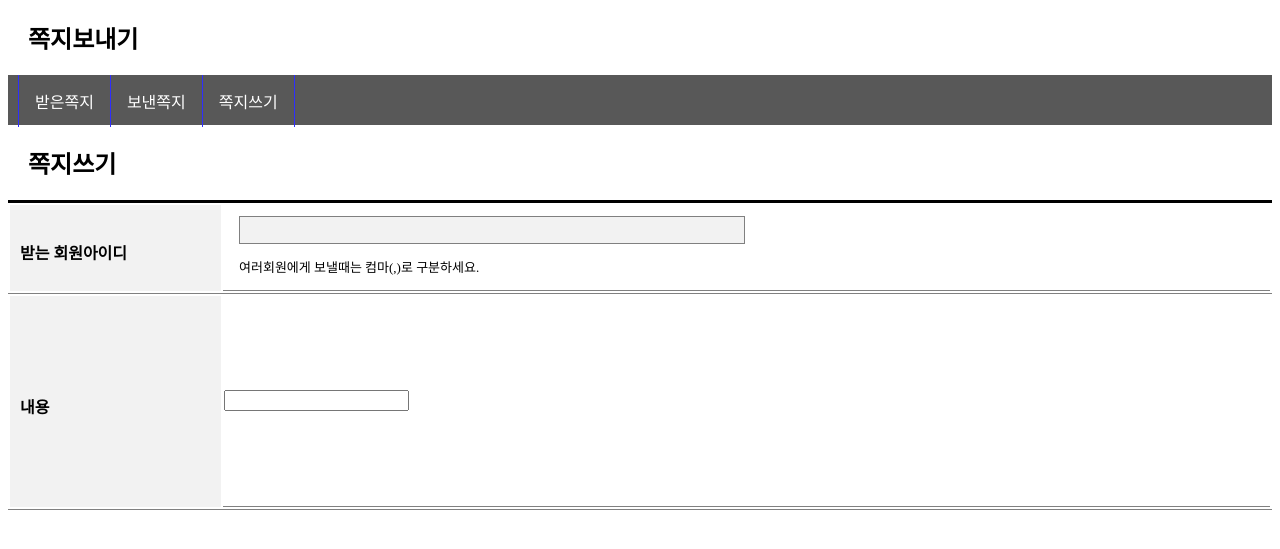
Repository: ks12b0000/JSP-School-Class
Page: chap10_JSP/src/main/webapp/Test/sendMessage.html
An editor plug-in stored every save of this project. The page is shown before and after the next save, followed by the edit.
The browser window is 1280 px wide. The pictures show the whole page.

Above is the page before, as saved 2022-06-04 11:33:23.

### chap10_JSP/src/main/webapp/Test/sendMessage.html
<!DOCTYPE html>
<html>
<head>
	<meta charset="UTF-8">
	<meta name="viewport" content="width=device-width, initial-scale=1.0">
	<title>쪽지쓰기</title>
	<link rel="stylesheet" href="loginWrite.css" />
</head>
<body>
	<h2>쪽지보내기</h2>
	<div class="menu1">
		<ul>
			<li><a href="#" id="a1">받은쪽지</a></li>
			<li><a href="#">보낸쪽지</a></li>
			<li><a href="#">쪽지쓰기</a></li>
		</ul>
	</div>
	<h2>쪽지쓰기</h2>
	<table class="Profile3">
		<tr>
			<th id="id12"><strong>받는 회원아이디</strong></th>
			<td><input type="text" /><br/><p>여러회원에게 보낼때는 컴마(,)로 구분하세요.</p></td>
		</tr>
	</table>
	<table class="Profile4">
		<tr>
			<th id="id13"><strong>내용</strong></th>
			<td><input type="text" /></td>
		</tr>
	</table>
</body>
</html>

### chap10_JSP/src/main/webapp/Test/loginWrite.css
@charset "UTF-8";
	body h2 {
		margin-left: 20px;
	}
	.login1 {
		width: 500px;
		border: 1px solid gray;
		margin: 40px;
		padding: 40px;

	}
	.login1 #id {
		width: 400px;

		padding: 4px;
	}
	.login1 #id input {

		margin-left: 30px;
	}
	.login1 #pw {

		padding: 4px;
	}
	.login1 #pw input {

		margin-left: 52px;
	}
	.login1 #login_Bt {
		text-align: right;
		margin-top: -50px;
		margin-right: 120px;
	}
	.login1 #login_Bt input {
		margin-left: 5px;
		padding: 12px;
		border: 1px solid white;
		background-color: #A5DF00;
		color: white;
	}
	.login1 #login_Ck {
		margin-top: 10px;
	}
	.login2 {
		border: 1px solid gray;
		font-size: 13px;
		background-color: #F2F2F2;
		width: 500px;
		margin: 40px;
		padding: 40px;
		margin-top: -50px;

	}
	.login2 h3 {
		margin-top: -20px;
		margin-left: -30px;
	}
	.login2 p {
		margin-top: -20px;
		margin-left: -30px;
	}
	.login2 form {
		margin-top: 10px;
		margin-left: 250px;

	}
	.login2 #idpw_bt {
		border: 1px solid white;
		background-color: #A5DF00;
		color: white;
	}
	.login2 #signup {
		border: 1px solid #BFFF00;
		background-color: white;
		color: #80FF00;
	}
	body #mainback {
		margin-left: 220px;
		text-decoration: none;
		color: black;
	}
	body #em2 {
		border-top: 1px solid gray;
		margin-left: 20px;
		padding-top: 15px;
	}
	#email1 {
		margin-left: 20px;
		font-size: 19px;
	}
	#email1 input {
		width: 500px;
		height: 30px;
	}
	.button {
		margin-top: 40px;
		margin-left: 250px;
	}
	.button #Confirm {
		margin-left: 5px;
		padding: 12px;
		width: 150px;
		border: 1px solid white;
		background-color: #A5DF00;
		color: white;
	}
	.button #close {
		margin-left: 5px;
		padding: 12px;
		width: 100px;
		border: 1px solid white;
		background-color: #0B3B39;
		color: white;
	}
	body #tm2 {
		color: red;
		text-align: center;
	}
	body #tm3,#tm5 {
		text-align: center;
	}
	body #tm4,#tm6 {
		border: 1px solid black;
		width: 1300px;
		height: 300px;
		background-color: #D8D8D8;
		margin-left: 10px;
	}
	#terms_Ck,#terms_Ck2 {
		text-align: right;
	}
	#signup3 {
		text-align: center;
	}
	#signup3 input {
		margin-left: 5px;
		padding: 12px;
		border: 1px solid white;
		background-color: #A5DF00;
		color: white;
	}
	.button3 {
		text-align: right;
		margin-top: -50px;
		margin-right: 10px;
	}
	.button3 #notebox {
		border: 1px solid #BFFF00;
		background-color: white;
		color: #80FF00;
		padding: 6px;
	}
	.button3 #Revise {
		border: 1px solid #BFFF00;
		background-color: white;
		color: #80FF00;
		padding: 6px;
	}
	.button3 #secession {
		border: 1px solid white;
		background-color: #A5DF00;
		color: white;
		padding: 6px;
	}
	.Profile {
		border: 1px solid gray;
		border-collapse: collapse;
		margin-top: 15px;
		width: 100%;
		height: 150px;
		background-color: #FAFAFA;
	}
	.Profile th,td {
		border-bottom: 1px solid gray;
	}
	.Profile2 {
		border-top: 3px solid black;
		width: 100%;
		background-color: #F2F2F2;
		height: 50px;
		border-bottom: 1px solid gray;
		margin-top: 20px;
	}
	#hh3 {
		margin-left: 10px;
	}
	.Contents {
		text-align: center;
		margin-top: 100px;
		border-bottom: 1px solid gray;
		height: 100px;
	}
	.menu1 ul {
		background-color: #585858;
		height: 50px;
		margin: 0;
		padding: 0;
		list-style: none;

	}
	.menu1 li {
		float: left;
		border-right: 1px solid #2E2EFE;
	}
	.menu1 li a {
		padding-left: 10px;
		color: white;
		text-decoration: none;
		display: block;
		text-align: center;
		padding: 14px 16px;
	}
	.menu1 #a1 {
		border-left: 1px solid #2E2EFE;
		margin-left: 10px;
	}
	.guide {
		text-align: left;
	}
	.button2 {
		text-align: center;
	}
	.button2 #close2 {
		text-align: center;
		padding: 10px;
		width: 80px;
		border: 1px solid white;
		background-color: #0B4C5F;
		color: white;
	}
	.Profile3 {
		border-top: 3px solid black;
		width: 100%;
		height: 50px;
		margin-top: 20px;
	}
	.Profile3 #id12 {
		margin-top: 20px;
		padding-left:10px;
		padding-top: 10px;
		text-align: left;
		width: 200px;
		background-color: #F2F2F2;
		height: 60px;
	}
	.Profile3 input {
		background-color: #F2F2F2;
		margin-left: 15px;
		margin-top: 10px;
		padding-top: 10px;
		border: 1px solid gray;
		width: 500px;
		text-align: left;
	}
	.Profile3 p {
		font-size: 13px;
		margin-left: 15px;

	}
	.Profile4 {
		border-top: 1px solid gray;
		border-bottom: 1px solid gray;
		width: 100%;
		height: 50px;
	}
	.Profile4 #id13 {
		margin-top: 20px;
		padding-left:10px;
		padding-top: 10px;
		text-align: left;
		width: 200px;
		background-color: #F2F2F2;
		height: 200px;
	}

After the next save:
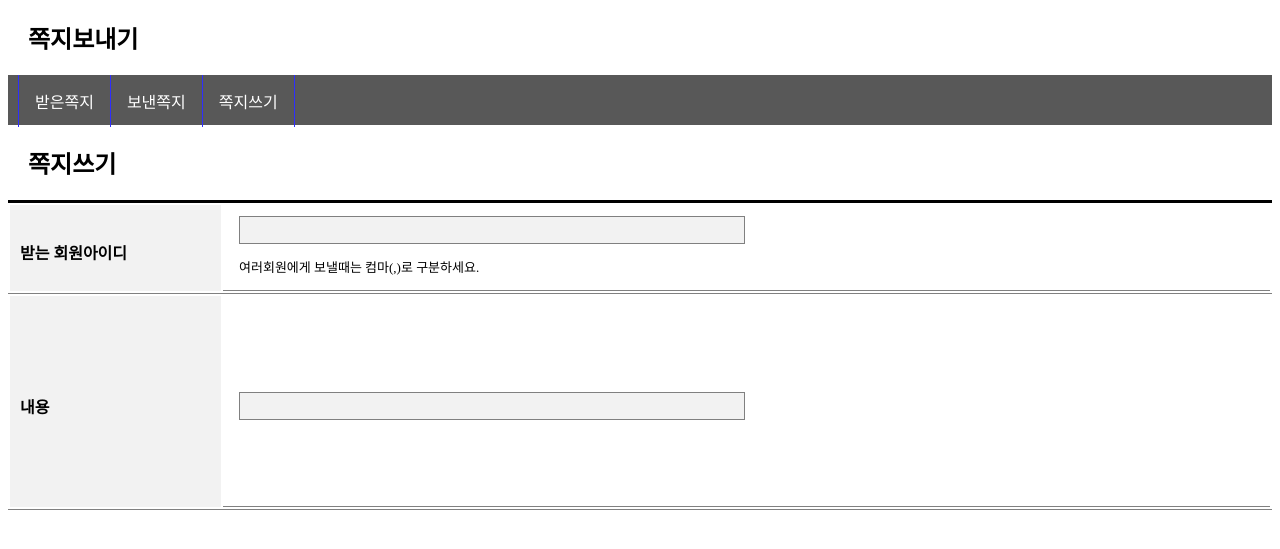
Saved 21 s later.
--- a/chap10_JSP/src/main/webapp/Test/loginWrite.css
+++ b/chap10_JSP/src/main/webapp/Test/loginWrite.css
@@ -272,3 +272,12 @@
 		background-color: #F2F2F2;
 		height: 200px;
 	}
+	.Profile4 input {
+		background-color: #F2F2F2;
+		margin-left: 15px;
+		margin-top: 10px;
+		padding-top: 10px;
+		border: 1px solid gray;
+		width: 500px;
+		text-align: left;
+	}
